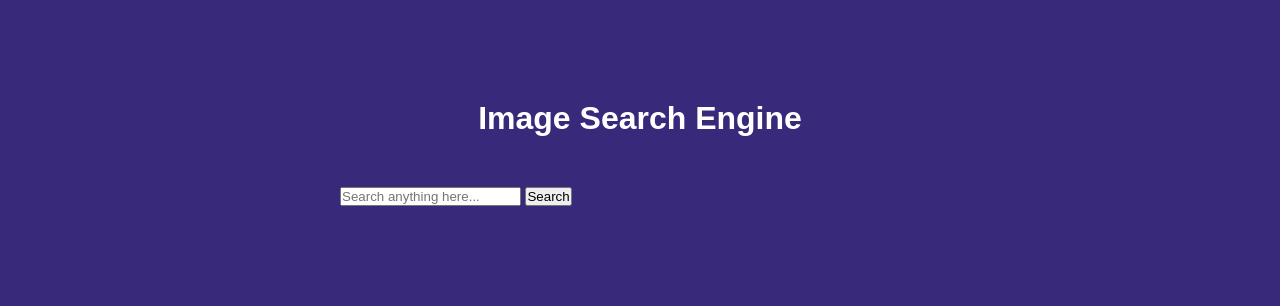
Repository: AbdullahOwais-Dev/Image-Search-App
Page: index.html
The author's editor kept a copy of each file at every save. The page is drawn from the files as they stood at one save, then again after a run of saves.
The browser window is 1280 px wide. The pictures show the whole page.

Above is the page before, as saved 2025-02-09 00:14:19.

After the next 2 saves:
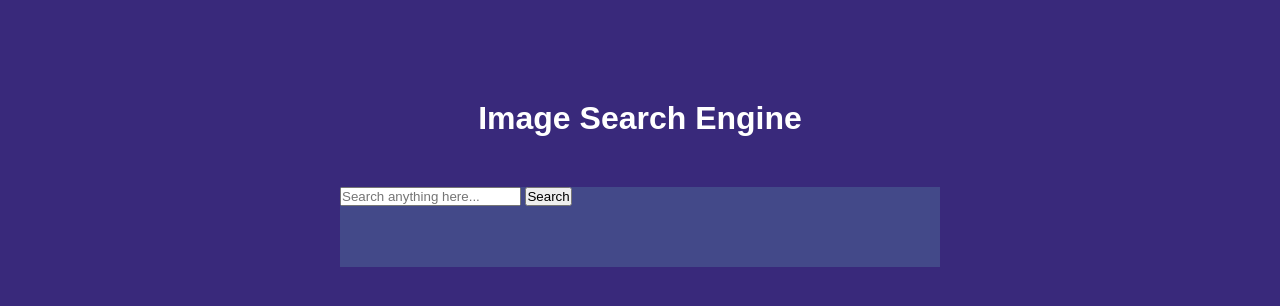
The 2 saves are shown as one change because they came seconds apart.
The last was saved 8 s later.
--- a/style.css
+++ b/style.css
@@ -18,5 +18,6 @@
     max-width: 600px;
     margin: auto;
     height: 80px;
-    background: #;
+    background: #434989;
+
 }
